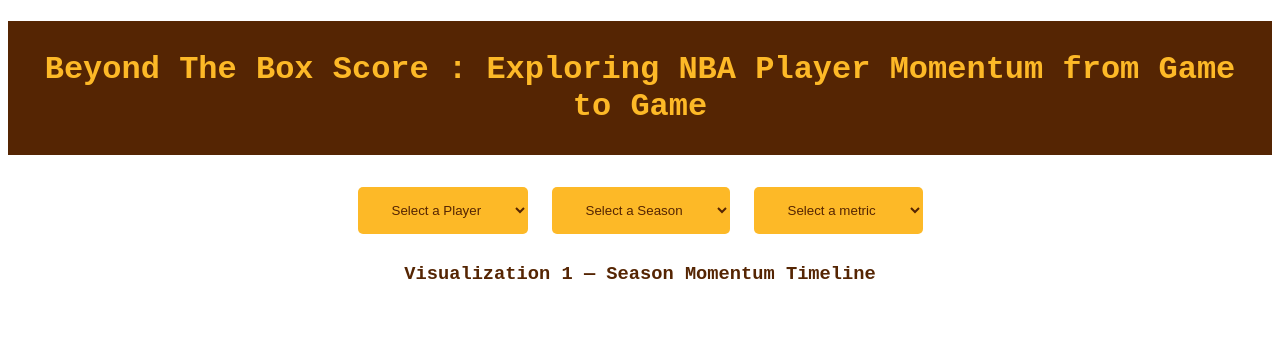
Repository: houdafatih/Data-Viz-Project
Page: index.html
The author's editor kept a copy of each file at every save. The page is drawn from the files as they stood at one save, then again after the next save.
The browser window is 1280 px wide. The pictures show the whole page.

Above is the page before, as saved 2026-06-13 10:46:10.

### index.html
<!DOCTYPE html>
<html>
   <head>
    <meta charset="UTF-8"/>
    <title>Beyond The Box Score</title>
    <link rel="stylesheet" href="style.css" >
  </head>
  <body>
     <h1>Beyond The Box Score : Exploring NBA Player Momentum from Game to Game</h1>

     <div class="selection">
        <select id="playerSelect">
            <option selected disabled>Select a Player</option>
        </select>

        <select id="seasonSelect">
            <option selected disabled>Select a Season</option>
        </select>

        <select id="metricSelect">
            <option selected disabled>Select a metric</option>
            <option value="pts">Points</option>
            <option value="fga">FGA</option>
            <option value="min">Minutes</option>
            <option value="fg_pct">FG%</option>
            <option value="plus_minus">Plus/Minus</option>
        </select>
     </div>

     <h3>Visualization 1 — Season Momentum Timeline</h3>
     <div id="vizual1"></div>

     <!---<h3>Visualization 2 — Next-Game Response View</h3>
     <div id="vizual2"></div>

     <h3>Visualization 3 — Hot/Cold Streak Explorer</h3>
     <div id="vizual3"></div>

     <h3>Visualization 4 — Context Impact View</h3>
     <div id="vizual4"></div> ---->

  </body>
  <script src="https://d3js.org/d3.v7.min.js"></script>
  <script type="module" src="index.js"></script>
</html>

### style.css
body{
    padding: 0px;
}
h1{
  text-align: center;
  font-size: 2rem;
  font-family: "Courier New", Courier, monospace;
  color : #fdb927;
  background-color: #552503;
  padding: 30px;

}
.selection{
    text-align: center;
}
select{
    margin: 10px;
    padding: 15px 30px;
    border-radius: 5px;
    border: none;
    background: #fdb927;
    color:#552503;

}
select option:hover{
    background-color: #fdb927;
}



h3{
    color: #552503;
    font-family: "Courier New", Courier, monospace;
    text-align: center;
}
.tick{
    font-size: 5px;
}
line{
    stroke-width: 0.5px;
}
.label{
    color: #552503;
    font-family: "Courier New", Courier, monospace;
    font-weight: bold;
}

.tooltip{
    position: fixed;
    background: wheat;
    border: 1px solid #ccc;
    padding: 10px;
    font-size: 15px;
    opacity: 0;
    pointer-events: none;

}

### index.js
import {playersData,seasonData} from "./scripts/utils.js";
import { drawVisualization1 } from "./scripts/visualization1.js";

d3.csv("data/nba.csv",d3.autoType).then(function(data){

   playersData(data)
   seasonData(data)

   const nba_data = data

   d3.select("#playerSelect").on("change",() => updateVisualization1(nba_data))
   d3.select("#seasonSelect").on("change",() => updateVisualization1(nba_data))
   d3.select("#metricSelect").on("change",() => updateVisualization1(nba_data))

})

function updateVisualization1(nba_data){
    const player = d3.select("#playerSelect").property("value")
    const season = d3.select("#seasonSelect").property("value")
    const metric = d3.select("#metricSelect").property("value")

    if(player === "Select a Player" || season === "Select a Season" || metric === "Select a metric"){
        return
    }

    let data_filter = nba_data.filter(d => d.player_name === player && d.season_year == season)
    drawVisualization1(data_filter,"#vizual1",metric)

}

### scripts/utils.js
export function playersData(data){
    const players_list = [...new Set(data.map(dt => dt.player_name))]

    d3.select("#playerSelect").selectAll(".players-options").data(players_list)
    .enter().append("option").attr("class","players-options").attr("value",dt=>dt).text(dt => dt)
}

export function seasonData(data){
    const seasons_list = [...new Set(data.map(dt => dt.season_year))]

    d3.select("#seasonSelect").selectAll(".seasons-options").data(seasons_list)
    .enter().append("option").attr("class","seasons-options").attr("value",dt=>dt).text(dt => dt)
}

### scripts/visualization1.js
export function drawVisualization1(data,id,metric){
     if(data.length === 0) {
        clearCanvas(id)
        return
    }
     const canvas = createCanvas()

     clearCanvas(id)

     const svg = addSvg(id,canvas)
     const sc = addScales(data,canvas,metric)

     addAxes(svg,sc,canvas)
     addMetricLine(svg,sc,data,metric)
     addAverageLine(svg,sc,data,metric)
     addBaselineLine(svg,sc,data,metric)
     addPoints(svg,sc,data,metric)
     addLabels(svg,canvas,metric)

     addLegends(svg,canvas)
}

function createCanvas(){
    return{
        width : 600, height: 200, margin:{top: 20,right:100, bottom:60, left:50}
    }
}

function clearCanvas(id){
    d3.select(id).html("")
}

function addSvg(id,canvas){
    return d3.select(id).append("svg").attr("viewBox",`0 0 ${canvas.width} ${canvas.height}`)
}

function addScales(data,canvas,metric){
    const xScale =
    d3.scaleLinear().domain(d3.extent(data,dt => dt.game_index))
    .range([canvas.margin.left,canvas.width - canvas.margin.right])

    const yScale =
      d3.scaleLinear().domain([d3.min(data,d => d[metric]),d3.max(data,d => d[metric])])
      .nice().range([canvas.height - canvas.margin.bottom,canvas.margin.top])

    return {xScale,yScale}
}

function addAxes(svg, scales, canvas){
    svg.append("g").attr("transform",`translate(0, ${canvas.height - canvas.margin.bottom})`)
    .call(d3.axisBottom(scales.xScale))

    svg.append("g").attr("transform",`translate(${canvas.margin.left},0)`)
    .call(d3.axisLeft(scales.yScale))
}

function addMetricLine(svg,scales,data,metric){
    let line = d3.line().x(d => scales.xScale(d.game_index)).y(d => scales.yScale(d[metric]))

    svg.append("path").datum(data).attr("fill","none").attr("stroke","#222")
     .attr("stroke-width",0.8).attr("d",line)
}

function addAverageLine(svg,scales,data,metric){
    if(metric != "pts") return
    console.log(data.map(d => d.rolling_pts_avg_3))
    let avg_line = d3.line().x(d => scales.xScale(d.game_index)).y(d => scales.yScale(d.rolling_pts_avg_3))

    svg.append("path").datum(data).attr("fill","none").attr("stroke","#fdb927")
     .attr("stroke-width",0.5).attr("d",avg_line)
}

function addBaselineLine(svg,scales,data,metric){

    let base_line = d3.mean(data,d => d[metric])


    svg.append("line")
    .attr("x1",scales.xScale(d3.min(data,dt => dt.game_index))).attr("x2",scales.xScale(d3.max(data,dt => dt.game_index)))
    .attr("y1",scales.yScale(base_line)).attr("y2",scales.yScale(base_line))
    .attr("stroke","#777").attr("stroke-dasharray","6 4")
}

function addPoints(svg,scales,data,metric){
    const tooltip = toolTip()

    svg.selectAll("circle").data(data).enter()
     .append("circle").attr("class","game-pt")
     .attr("cx", d => scales.xScale(d.game_index))
     .attr("cy",d => scales.yScale(d[metric]))
     .attr("r",2).attr("fill",d => colorPoint(d.performance_label))
     .on("mouseover",function(event,d){
        d3.select(this).attr("r",3)
        tooltip.style("opacity",1).html(tooltipInformations(d))
     })
     .on("mousemove",function(event){
        tooltip.style("left",event.clientX+15+"px")
          .style("top",event.clientY-20+"px")
     })
     .on("mouseout",function(){
        d3.select(this)
        .attr("r",2)
        tooltip.style("opacity",0)
     })
     //.on("click",function(event,d){
       // highlightGameandNextGame(svg,data,d)
    // })



}

function colorPoint(perf){
    if(perf === "hot") return "#d94801"
    if(perf === "cold") return "#3182bd"
    return "#999"
}

function addLabels(svg,canvas,metric){
    svg.append("text").attr("class","label")
    .attr("x",canvas.width - 100).attr("y",canvas.height-40)
    .attr("text-anchor","middle").attr("font-size","5px")
    .text("Game Order")

    svg.append("text").attr("class","label")
    .attr("x",40).attr("y",10)
    .attr("text-anchor","middle").attr("font-size","5px")
    .text(metricName(metric))
}

function metricName(metric){
    if(metric === "pts") return "Points"
    if(metric === "fga") return "Field Goal Attempts"
    if(metric === "min") return "Minutes"
    if(metric === "fg_pct") return "Field Goal Percentage"
    if(metric === "plus_minus") return "Plus / Minus"
}

function addLegends(svg,canvas){
    const lg = svg.append("g").attr("transform",
        `translate(${canvas.width - canvas.margin.right+20},${canvas.margin.top-10})`)


    lg.append("circle").attr("cx",0).attr("cy",0).attr("r",2).attr("fill","#d94801")
    lg.append("text").attr("x",5).attr("y",2).text("Hot game").attr("font-size","5px")

    lg.append("circle").attr("cx",0).attr("cy",10).attr("r",2).attr("fill","#999")
    lg.append("text").attr("x",5).attr("y",12).text("Normal game").attr("font-size","5px")

    lg.append("circle").attr("cx",0).attr("cy",20).attr("r",2).attr("fill","#3182bd")
    lg.append("text").attr("x",5).attr("y",22).text("Cold game").attr("font-size","5px")


    lg.append("line").attr("x1",0).attr("x2",20).attr("y1",30).attr("y2",30)
    .attr("stroke","black").attr("stroke-width",2)
    lg.append("text").attr("x",21).attr("y",30).text(" = Metric").attr("font-size","5px")

    lg.append("line").attr("x1",0).attr("x2",20).attr("y1",40).attr("y2",40)
    .attr("stroke","black").attr("stroke-dasharray","6 4")
    lg.append("text").attr("x",21).attr("y",40).text(" = Baseline").attr("font-size","5px")

    lg.append("line").attr("x1",0).attr("x2",20).attr("y1",50).attr("y2",50)
    .attr("stroke-width",2).attr("stroke","#fdb927")
    lg.append("text").attr("x",21).attr("y",50).text(" = Rolling Average").attr("font-size","5px")
}

function toolTip(){
    let tooltip = d3.select("body").select(".tooltip")
    if(tooltip.empty()){
        tooltip = d3.select("body").append("div").attr("class","tooltip")
    }

    return tooltip
}

function tooltipInformations(data){
    return `<strong> Game ${data.game_index} </strong><br>
            Date : ${data.game_date}<br>
            Home/Away : ${data.home_away}<br>
            Points : ${data.pts}<br>
            Minutes : ${data.min}<br>
            FGA : ${data.fga}<br>
            Next Game Points : ${data.next_pts}<br>`
}

function highlightGameandNextGame(svg,data,selected){
    const nextG = data.find(d => d.game_index === selected.game_index + 1)

    svg.selectAll(".game-point").attr("r",8).attr("stroke","none").attr("opacity",0.4)

    svg.selectAll(".game-point").filter(d => d.game_index === selected.game_index)
    .attr("stroke","black").attr("stroke-width",3).attr("r",5).attr("opacity",1)

    if(nextG){
        svg.selectAll(".game-point").filter(d => d.game_index === nextG.game_index)
       .attr("stroke","#3182bd").attr("stroke-width",3).attr("r",8).attr("opacity",1)
    }
}

After the next save:
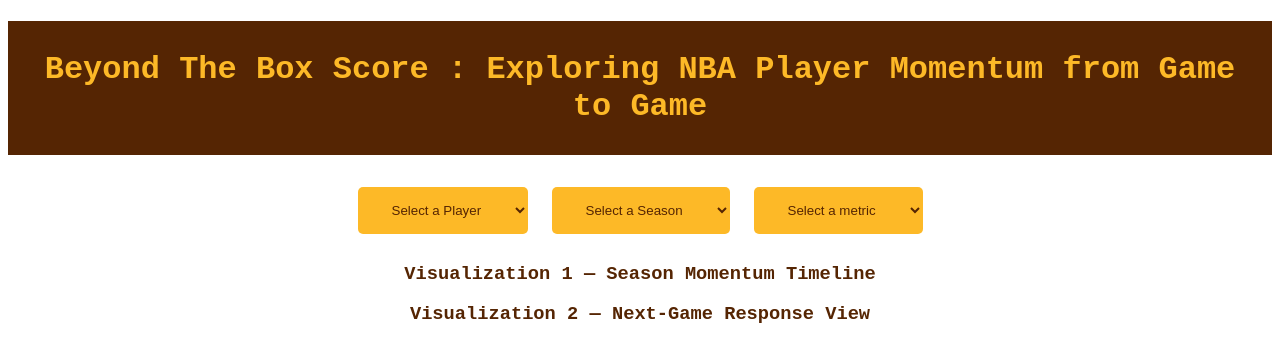
Saved 2 min 27 s later.
--- a/index.html
+++ b/index.html
@@ -30,10 +30,10 @@
      <h3>Visualization 1 — Season Momentum Timeline</h3>
      <div id="vizual1"></div>
 
-     <!---<h3>Visualization 2 — Next-Game Response View</h3>
+     <h3>Visualization 2 — Next-Game Response View</h3>
      <div id="vizual2"></div>
 
-     <h3>Visualization 3 — Hot/Cold Streak Explorer</h3>
+     <!---<h3>Visualization 3 — Hot/Cold Streak Explorer</h3>
      <div id="vizual3"></div>
 
      <h3>Visualization 4 — Context Impact View</h3>
